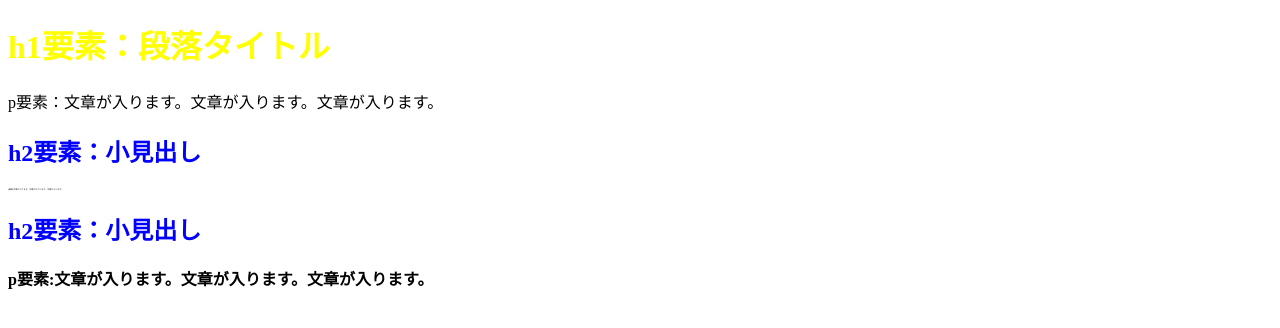
Repository: ayano-ogawa/samurai_HTML-CSS
Page: Untitled1.html
The author's editor kept a record of every edit. The page is drawn from the files as they stood at one moment, then again after the next edit.
The browser window is 1280 px wide. The pictures show the whole page.

Above is the page before.

### Untitled1.html
<!DOCTYPE html>
<html lang="en">
<head>
    <meta charset="UTF-8">
    <title>HTML/CSSの学習</title>
     <style>
      h2{
       color: blue;
       }
      #blue {
          color: blue;

      }
      h1{
          color: yellow;
      }
     </style>

</head>
<body>
    <h1>h1要素：段落タイトル</h1>
    <p>p要素：文章が入ります。文章が入ります。文章が入ります。</p>
    <h2>h2要素：小見出し</h2>
    <p style="font-size: 2px;">
     p要素:文章が入ります。文章がが入ります。文章が入ります。
    </p>
    <h2 id="blue">h2要素：小見出し</h2>
    <p style="font-weight: bold";>
     p要素:文章が入ります。文章が入ります。文章が入ります。
    </p>

</body>
</html>

After the next edit:
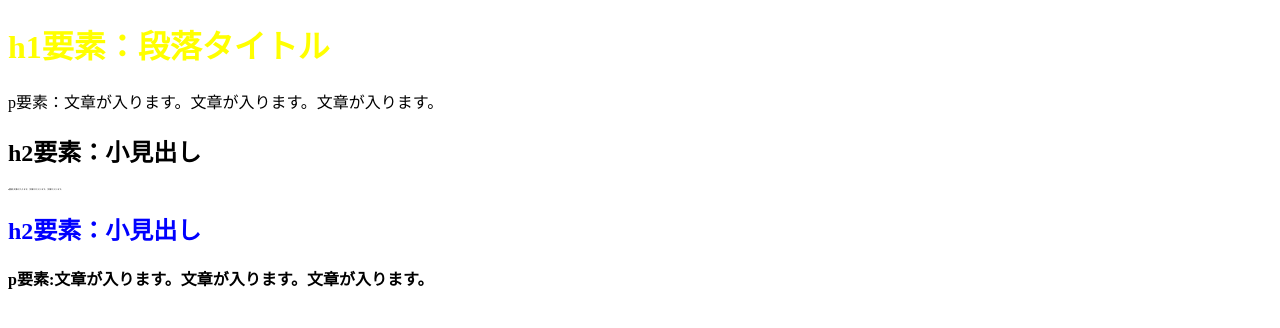
The edit:
--- a/Untitled1.html
+++ b/Untitled1.html
@@ -4,9 +4,6 @@
     <meta charset="UTF-8">
     <title>HTML/CSSの学習</title>
      <style>
-      h2{
-       color: blue;
-       }
       #blue {
           color: blue;
 
